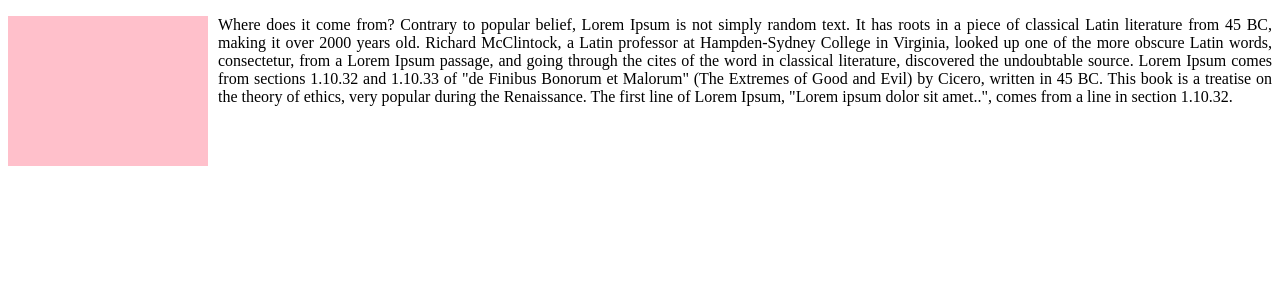
Repository: sangah-park98/jsp-class
Page: k20230508_1_css/src/main/webapp/23_요소정렬1.html
An editor plug-in stored every save of this project. The page is shown before and after the next save, followed by the edit.
The browser window is 1280 px wide. The pictures show the whole page.

Above is the page before, as saved 2023-05-09 06:10:21.

After the next save:
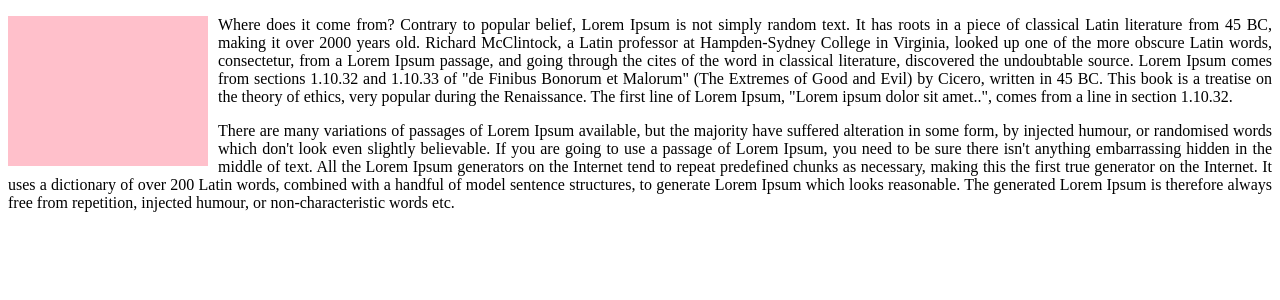
Saved 107 s later.
--- a/k20230508_1_css/src/main/webapp/23_요소정렬1.html
+++ b/k20230508_1_css/src/main/webapp/23_요소정렬1.html
@@ -31,5 +31,8 @@
 Where does it come from?
 Contrary to popular belief, Lorem Ipsum is not simply random text. It has roots in a piece of classical Latin literature from 45 BC, making it over 2000 years old. Richard McClintock, a Latin professor at Hampden-Sydney College in Virginia, looked up one of the more obscure Latin words, consectetur, from a Lorem Ipsum passage, and going through the cites of the word in classical literature, discovered the undoubtable source. Lorem Ipsum comes from sections 1.10.32 and 1.10.33 of "de Finibus Bonorum et Malorum" (The Extremes of Good and Evil) by Cicero, written in 45 BC. This book is a treatise on the theory of ethics, very popular during the Renaissance. The first line of Lorem Ipsum, "Lorem ipsum dolor sit amet..", comes from a line in section 1.10.32.<br/>
 </p>
+<p>
+There are many variations of passages of Lorem Ipsum available, but the majority have suffered alteration in some form, by injected humour, or randomised words which don't look even slightly believable. If you are going to use a passage of Lorem Ipsum, you need to be sure there isn't anything embarrassing hidden in the middle of text. All the Lorem Ipsum generators on the Internet tend to repeat predefined chunks as necessary, making this the first true generator on the Internet. It uses a dictionary of over 200 Latin words, combined with a handful of model sentence structures, to generate Lorem Ipsum which looks reasonable. The generated Lorem Ipsum is therefore always free from repetition, injected humour, or non-characteristic words etc.
+</p>
 </body>
 </html>
